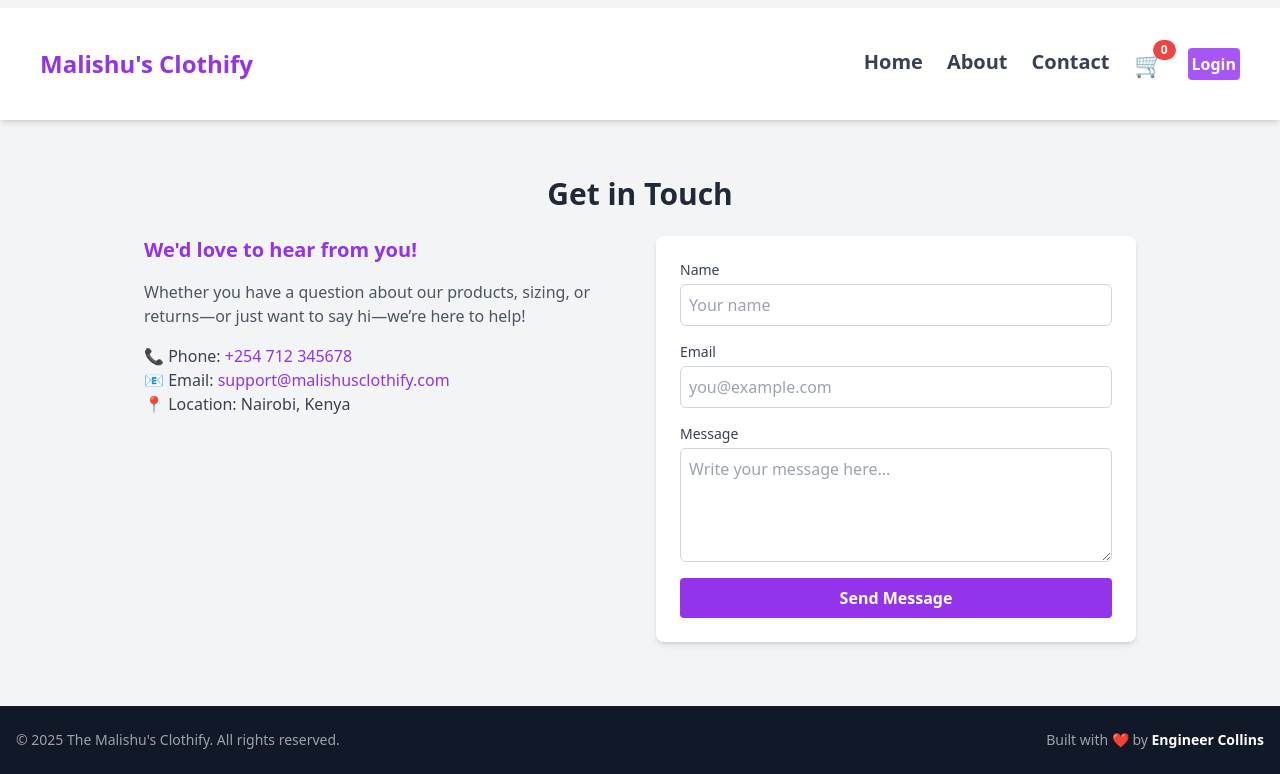
Repository: Engineer-collo/Modern-Ecommerce-Application
Page: /contact
An editor plug-in stored every save of this project. The page is shown before and after a run of saves, followed by the edit.
The browser window is 1280 px wide. The pictures show the whole page.
The project was rebuilt for these pictures with package versions that can differ from the ones it lists, and the page was loaded fresh each time. Also part of the build but not shown: vite.config.js, src/components/SignupForm.jsx, src/components/LoginForm.jsx, src/components/ProductCard.jsx, src/components/OfferCountdown.jsx, src/components/ProductFeed.jsx, src/components/About.jsx, src/components/Cart.jsx and 1 more.

Above is the page before, as saved 2025-05-26 10:11:12.

### index.html
<!DOCTYPE html>
<html lang="en">
<head>
  <meta charset="UTF-8">
  <meta name="viewport" content="width=device-width, initial-scale=1.0">
  <title>Ecommerce</title>
</head>
<body class="bg-gray-100">
  <div id="root"></div>
  <script type="module" src="/src/main.jsx"></script>
</body>
</html>

### src/main.jsx
import React from 'react'
import ReactDOM from 'react-dom/client'
import './index.css'
import App from './App'

ReactDOM.createRoot(document.getElementById('root')).render(
  <React.StrictMode>
    <App />
  </React.StrictMode>,
)

### src/App.jsx
import { BrowserRouter as Router, Routes, Route } from 'react-router-dom';
import { useEffect, useState } from 'react';
import Footer from './components/Footer';
import Navbar from './components/Navbar';
import SignupForm from './components/SignupForm';
import LoginForm from './components/LoginForm';
import ProductFeed from './components/ProductFeed';
import Contact from './components/Contact';
import About from './components/About';
import Cart from './components/Cart';
import ProductDetailsView from './components/ProductDetailsView';

import {
  showSuccessToast,
  ToastContainerWrapper,
} from './components/Toast';

function App() {
  const [cart, setCart] = useState([]);
  const [cartLoaded, setCartLoaded] = useState(false);

  // Load cart from localStorage
  useEffect(() => {
    const storedCart = localStorage.getItem("cart");
    if (storedCart) {
      try {
        setCart(JSON.parse(storedCart));
      } catch (error) {
        console.error("Failed to parse cart from localStorage:", error);
      }
    }
    setCartLoaded(true);
  }, []);

  // Save cart to localStorage when updated
  useEffect(() => {
    if (cartLoaded) {
      localStorage.setItem("cart", JSON.stringify(cart));
    }
  }, [cart, cartLoaded]);

  const addToCart = (product) => {
    setCart(prevCart => {
      const existing = prevCart.find(item => item.id === product.id);
      if (existing) {
        return prevCart.map(item =>
          item.id === product.id
            ? { ...item, quantity: item.quantity + 1 }
            : item
        );
      } else {
        return [...prevCart, { ...product, quantity: 1 }];
      }
    });
    showSuccessToast("Added to cart!");
  };

  const removeFromCart = (product) => {
    setCart(prevCart =>
      prevCart
        .map(item =>
          item.id === product.id
            ? { ...item, quantity: item.quantity - 1 }
            : item
        )
        .filter(item => item.quantity > 0)
    );
    showSuccessToast("Removed from cart!");
  };

  return (
    <Router>
      <Navbar cart={cart} />
      <Routes>
        <Route
          path="/"
          element={
            <ProductFeed
              showSuccessToast={showSuccessToast}
              cart={cart}
            />
          }
        />
        <Route
          path="/cart"
          element={
            <Cart
              cart={cart}
              removeFromCart={removeFromCart}
            />
          }
        />
        <Route path="/product/:id" element={<ProductDetailsView
         addToCart={addToCart}
        />} />
        <Route path="/login" element={<LoginForm />} />
        <Route path="/signup" element={<SignupForm />} />
        <Route path="/about" element={<About />} />
        <Route path="/contact" element={<Contact showSuccessToast={showSuccessToast} />} />
      </Routes>
      <ToastContainerWrapper />
      <Footer />
    </Router>
  );
}

export default App;

### src/components/Footer.jsx
const Footer = () => {
    return(
        <>
        <footer className="bg-gray-900 text-white py-6 mt-12">
  <div className="max-w-7xl mx-auto px-4 flex flex-col md:flex-row justify-between items-center space-y-4 md:space-y-0">
    <p className="text-sm text-gray-400">
      &copy; {new Date().getFullYear()} The Malishu's Clothify.  All rights reserved.
    </p>
    <p className="text-sm text-gray-400">
      Built with ❤️ by <span className="text-white font-semibold">Engineer Collins</span>
    </p>


  </div>
</footer>

        </>
    )
}

export default Footer

### src/components/Navbar.jsx
import React, { useState } from "react";
import { Link } from "react-router-dom";

const Navbar = ({ cart = [] }) => {
  const [isOpen, setIsOpen] = useState(false);

  const toggleMenu = () => setIsOpen(!isOpen);

  return (
    <header className="mt-2 bg-white shadow-md">
      <div className="max-w-7xl mx-auto px-10 py-10 flex flex-col md:flex-row md:justify-between md:items-center">
        <div className="flex justify-between items-center">
          <h1 className="text-2xl font-bold text-gray-800">
            <Link
              to="/"
              className="hover:text-blue-500 text-gray-700 transition"
            >
              <span className="text-purple-600">Malishu's Clothify</span>
            </Link>
          </h1>

          <div className="md:hidden">
            <button
              onClick={toggleMenu}
              className="text-gray-700 focus:outline-none"
            >
              <svg
                className="h-6 w-6"
                fill="none"
                stroke="currentColor"
                strokeWidth="2"
                viewBox="0 0 24 24"
              >
                <path
                  strokeLinecap="round"
                  strokeLinejoin="round"
                  d={
                    isOpen
                      ? "M6 18L18 6M6 6l12 12"
                      : "M4 6h16M4 12h16M4 18h16"
                  }
                />
              </svg>
            </button>
          </div>
        </div>

        {/* Removed search input here */}

        {/* Desktop nav */}
        <nav className="space-x-6 hidden md:flex">
          <Link
            to="/"
            className="text-xl hover:text-blue-500 font-bold text-gray-700 transition"
          >
            Home
          </Link>
          <Link
            to="/about"
            className="text-xl hover:text-blue-500 font-bold text-gray-700 transition"
          >
            About
          </Link>
          <Link
            to="/contact"
            className="text-xl hover:text-blue-500 font-bold text-gray-700 transition"
          >
            Contact
          </Link>
          <Link to="/cart" className="relative text-2xl font-bold hover:text-white transition">
  🛒
  <span className="absolute -top-2 -right-3 bg-red-500 text-white text-xs font-bold px-2 py-0.5 rounded-full">
    {cart.length}
  </span>
</Link>
          <Link
            to="/login"
            className="rounded p-1 bg-purple-500 font-bold text-white transition"
          >
            Login
          </Link>
        </nav>
      </div>

{/* Mobile nav */}
{isOpen && (
  <nav className="md:hidden bg-purple-600 text-white px-4 py-6 shadow-lg">
    <div className="flex flex-col items-center space-y-6">
      <Link
        to="/"
        className="text-2xl font-bold hover:text-white hover:underline transition"
      >
        Home
      </Link>
      <Link
        to="/about"
        className="text-2xl font-bold hover:text-white hover:underline transition"
      >
        About
      </Link>
      <Link
        to="/contact"
        className="text-2xl font-bold hover:text-white hover:underline transition"
      >
        Contact
      </Link>
      <Link to="/cart" className="relative text-2xl font-bold hover:text-white transition">
  🛒
  <span className="absolute -top-2 -right-3 bg-red-500 text-white text-xs font-bold px-2 py-0.5 rounded-full">
    {cart.length}
  </span>
</Link>
      <Link
        to="/login"
        className="text-center text-2xl font-bold bg-white text-purple-600 px-6 py-3 rounded-lg shadow-md hover:bg-purple-100 transition"
      >
        Login
      </Link>
    </div>
  </nav>
)}

    </header>
  );
};

export default Navbar;

### src/components/Contact.jsx
import React, { useState } from 'react';

const Contact = ({ showSuccessToast }) => {
  const [form, setForm] = useState({ name: '', email: '', message: '' });

  const handleChange = (e) => {
    setForm({ ...form, [e.target.name]: e.target.value });
  };

  const handleSubmit = (e) => {
    e.preventDefault();
    showSuccessToast("Message sent Successfully.");
    setForm({ name: '', email: '', message: '' });
  };

  return (
    <div className="max-w-5xl mx-auto p-4 mt-10">
      <h2 className="text-3xl font-bold text-center mb-6 text-gray-800">Get in Touch</h2>

      <div className="grid grid-cols-1 md:grid-cols-2 gap-8">
        {/* Left Info Section */}
        <div className="space-y-4">
          <h3 className="text-xl font-semibold text-purple-600">We'd love to hear from you!</h3>
          <p className="text-gray-600">
            Whether you have a question about our products, sizing, or returns—or just want to say hi—we’re here to help!
          </p>
          <div>
            <p className="text-gray-700 font-medium">
              📞 Phone: <a href="tel:0743250838" className="font-normal text-purple-600 hover:underline">+254 712 345678</a>
            </p>
            <p className="text-gray-700 font-medium">
              📧 Email: <a href="mailto:collinslikhomba@gmail.com" className="font-normal text-purple-600 hover:underline">support@malishusclothify.com</a>
            </p>
            <p className="text-gray-700 font-medium">
              📍 Location: <span className="font-normal">Nairobi, Kenya</span>
              {/* Optional: <a href="https://goo.gl/maps/..." target="_blank" rel="noopener noreferrer" className="ml-2 text-purple-600 hover:underline">View on Map</a> */}
            </p>
          </div>
        </div>

        {/* Right Form Section */}
        <form onSubmit={handleSubmit} className="space-y-4 bg-white shadow-md rounded-lg p-6">
          <div>
            <label className="block text-sm font-medium text-gray-700">Name</label>
            <input
              type="text"
              name="name"
              value={form.name}
              onChange={handleChange}
              required
              className="mt-1 block w-full p-2 border border-gray-300 rounded-md focus:ring-purple-500 focus:border-purple-500"
              placeholder="Your name"
            />
          </div>

          <div>
            <label className="block text-sm font-medium text-gray-700">Email</label>
            <input
              type="email"
              name="email"
              value={form.email}
              onChange={handleChange}
              required
              className="mt-1 block w-full p-2 border border-gray-300 rounded-md focus:ring-purple-500 focus:border-purple-500"
              placeholder="you@example.com"
            />
          </div>

          <div>
            <label className="block text-sm font-medium text-gray-700">Message</label>
            <textarea
              name="message"
              value={form.message}
              onChange={handleChange}
              required
              rows="4"
              className="mt-1 block w-full p-2 border border-gray-300 rounded-md focus:ring-purple-500 focus:border-purple-500"
              placeholder="Write your message here..."
            />
          </div>

          <button
            type="submit"
            className="w-full bg-purple-600 hover:bg-purple-700 text-white font-semibold py-2 px-4 rounded"
          >
            Send Message
          </button>
        </form>
      </div>
    </div>
  );
};

export default Contact;

### src/components/Toast.jsx
// src/components/Toast.js
import { toast, ToastContainer } from 'react-toastify';
import 'react-toastify/dist/ReactToastify.css';

// Toast functions
export const showSuccessToast = (message) =>
  toast.success(message, {
    className: 'bg-green-100 text-green-800 border border-green-300 rounded p-4',
    bodyClassName: 'text-sm',
    progressClassName: 'bg-green-500',
  });

export const showErrorToast = (message) =>
  toast.error(message, {
    className: 'bg-red-100 text-red-800 border border-red-300 rounded p-4',
    bodyClassName: 'text-sm',
    progressClassName: 'bg-red-500',
  });

export const showInfoToast = (message) =>
  toast.info(message, {
    className: 'bg-blue-100 text-blue-800 border border-blue-300 rounded p-4',
    bodyClassName: 'text-sm',
    progressClassName: 'bg-blue-500',
  });

export const showWarningToast = (message) =>
  toast.warn(message, {
    className: 'bg-yellow-100 text-yellow-800 border border-yellow-300 rounded p-4',
    bodyClassName: 'text-sm',
    progressClassName: 'bg-yellow-500',
  });

// Toast container
export const ToastContainerWrapper = () => (
  <ToastContainer position="top-center" autoClose={2000} />
);

Loaded but not shown: src/index.css (common file); tailwind.config.js (common file)

After the next 2 saves:
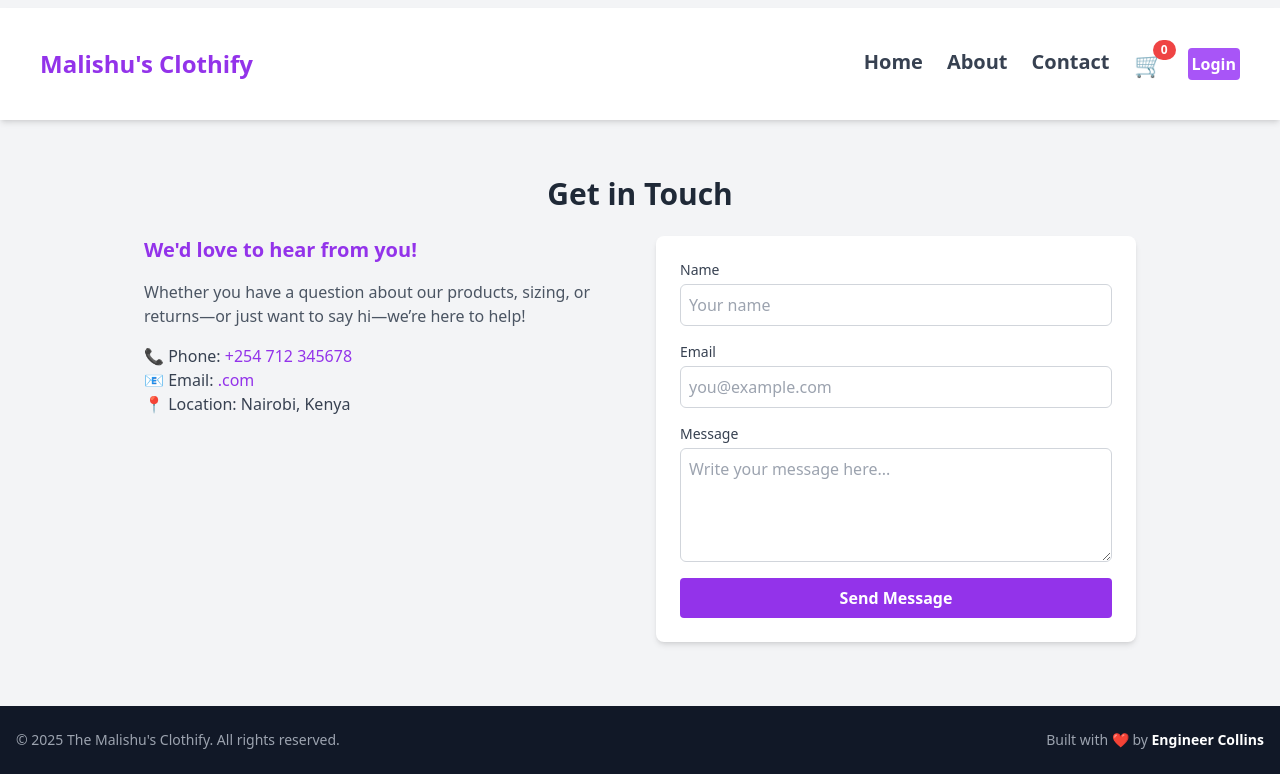
The 2 saves are shown as one change because they came seconds apart.
The last was saved 24 s later.
--- a/src/components/Contact.jsx
+++ b/src/components/Contact.jsx
@@ -29,7 +29,7 @@ const Contact = ({ showSuccessToast }) => {
               📞 Phone: <a href="tel:0743250838" className="font-normal text-purple-600 hover:underline">+254 712 345678</a>
             </p>
             <p className="text-gray-700 font-medium">
-              📧 Email: <a href="mailto:collinslikhomba@gmail.com" className="font-normal text-purple-600 hover:underline">support@malishusclothify.com</a>
+              📧 Email: <a href="mailto:collinslikhomba@gmail.com" className="font-normal text-purple-600 hover:underline">.com</a>
             </p>
             <p className="text-gray-700 font-medium">
               📍 Location: <span className="font-normal">Nairobi, Kenya</span>
